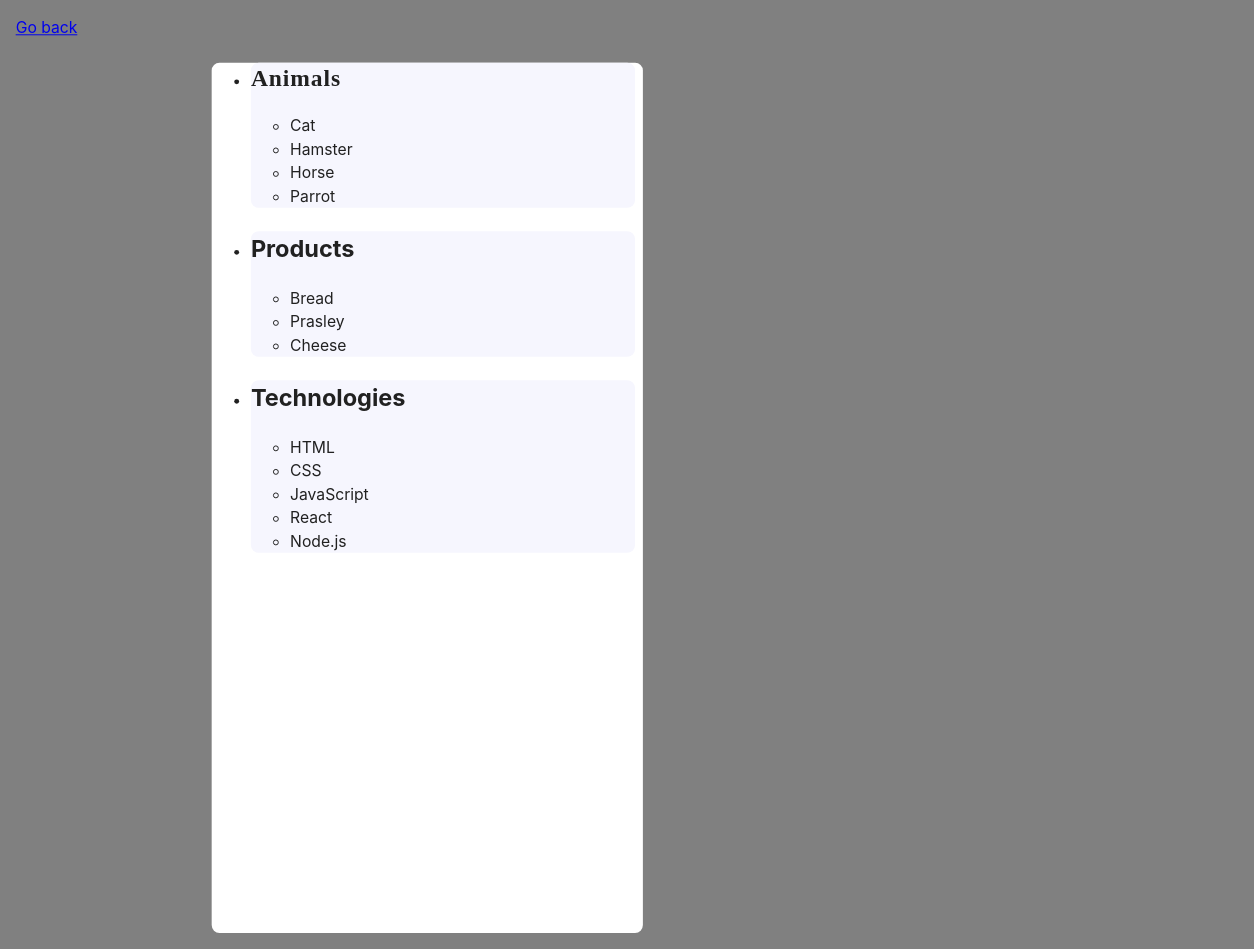
Repository: ViacheslavParfenenko/goit-js-hw-07
Page: task-1.html
The author's editor kept a copy of each file at every save. The page is drawn from the files as they stood at one save, then again after the next save.
The browser window is 1280 px wide. The pictures show the whole page, at 98% of full size.

Above is the page before, as saved 2024-07-09 17:08:47.

After the next save:
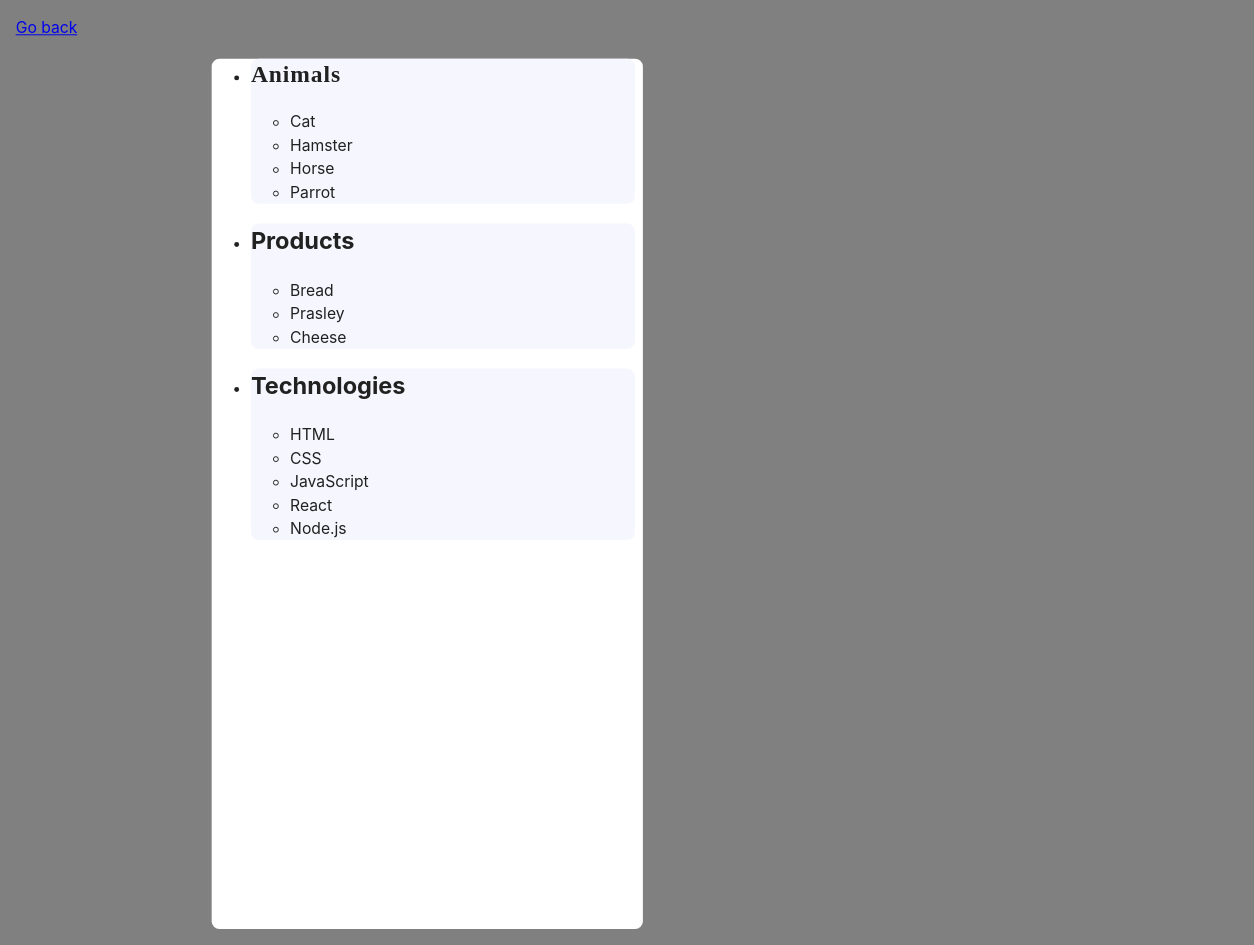
Saved 9 min 10 s later.
--- a/css/common.css
+++ b/css/common.css
@@ -25,8 +25,7 @@ body {
 
 .item {
   flex: auto;
-  margin-right: 24px;
-  margin-top: 24px;
+
   background-color: #f6f6fe;
   width: 392px;
   height: ;
